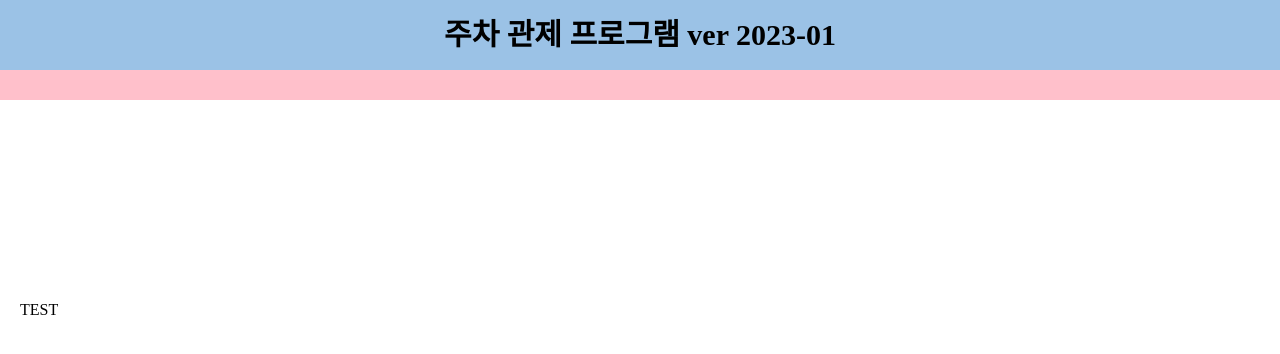
Repository: pcshoya/hrdkorea
Page: http://localhost/parking/header.jsp
An editor plug-in stored every save of this project. The page is shown before and after a run of saves, followed by the edit.
The browser window is 1280 px wide. The pictures show the whole page.
The page is served by Tomcat 9.

Above is the page before, as saved 2025-03-24 02:28:16.

### parking/src/main/webapp/header.jsp
<%@ page language="java" contentType="text/html; charset=UTF-8"
    pageEncoding="UTF-8"%>
<!DOCTYPE html>
<html>
<head>
<meta charset="UTF-8">
<title>Insert title here</title>
</head>
<body>
<header style="position:fixed;top:0px;left:0px;width:100%;height:70px;line-height:70px;text-align:center;background-color:#9BC2E6;font-size:30px"><b>주차 관제 프로그램 ver 2023-01</b>
</header>
<nav style="position:fixed;top:70px;left:0px;width:100%;height:30px;line-height:30;background-color:pink;padding-left:20px">
TEST
</nav>
</body>
</html>

After the next 2 saves:
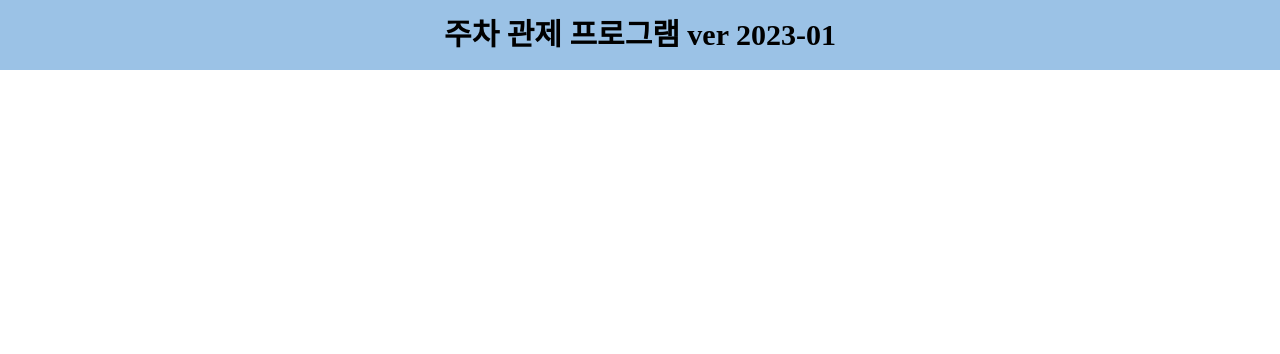
The 2 saves are shown as one change because they came seconds apart.
The last was saved 11 s later.
--- a/parking/src/main/webapp/header.jsp
+++ b/parking/src/main/webapp/header.jsp
@@ -9,7 +9,6 @@
 <body>
 <header style="position:fixed;top:0px;left:0px;width:100%;height:70px;line-height:70px;text-align:center;background-color:#9BC2E6;font-size:30px"><b>주차 관제 프로그램 ver 2023-01</b>
 </header>
-<nav style="position:fixed;top:70px;left:0px;width:100%;height:30px;line-height:30;background-color:pink;padding-left:20px">
 TEST
 </nav>
 </body>

After the save that followed:
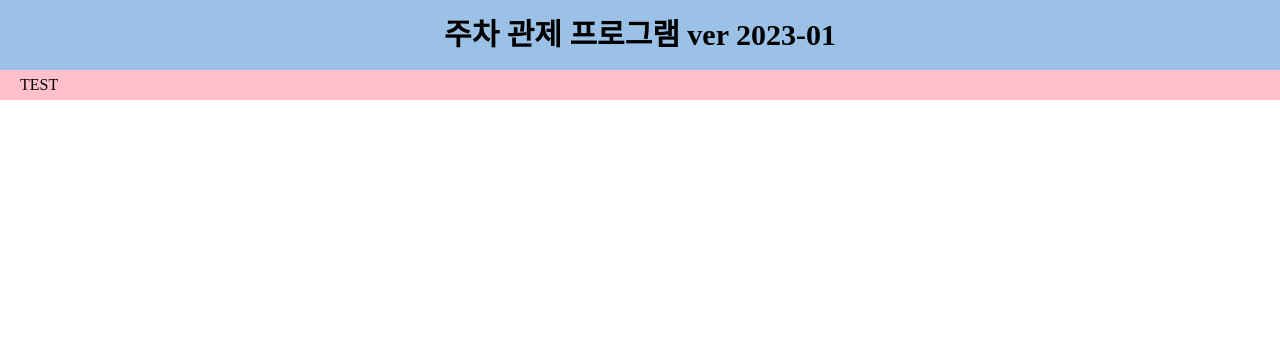
Saved 11 s later.
--- a/parking/src/main/webapp/header.jsp
+++ b/parking/src/main/webapp/header.jsp
@@ -9,6 +9,7 @@
 <body>
 <header style="position:fixed;top:0px;left:0px;width:100%;height:70px;line-height:70px;text-align:center;background-color:#9BC2E6;font-size:30px"><b>주차 관제 프로그램 ver 2023-01</b>
 </header>
+<nav style="position:fixed;top:70px;left:0px;width:100%;height:30px;line-height:30px;background-color:pink;padding-left:20px">
 TEST
 </nav>
 </body>
